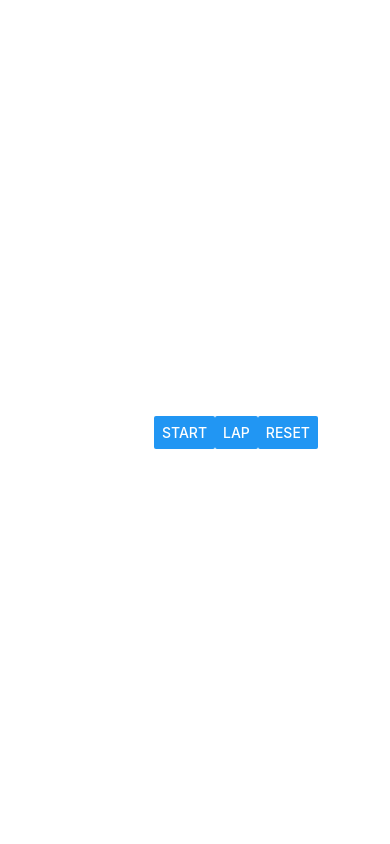
Repository: Shopify/eng-intern-assessment-react-native
Screen: /
An editor plug-in stored every save of this project. The screen is shown before and after a run of saves, followed by the edit.
The app was drawn by React Native's web renderer in a window 390 px wide. The project was rebuilt for these pictures with package versions that can differ from the ones it lists, and the page was loaded fresh each time.

Above is the screen before, as saved 2024-01-13 12:03:57.

### App.tsx
import { StatusBar } from 'expo-status-bar';
import { StyleSheet, Text, View } from 'react-native';
import StopWatch from './src/StopWatch';

export default function App() {
  return (
    <View style={styles.container}>
      <StopWatch></StopWatch>
      <StatusBar style="auto" />
    </View>
  );
}

const styles = StyleSheet.create({
  container: {
    flex: 1,
    backgroundColor: '#fff',
    alignItems: 'center',
    justifyContent: 'center',
  },
});

### src/StopWatch.tsx
import React, { useState, useEffect } from 'react';
import { Text, View, StyleSheet } from 'react-native';
import StopWatchButton from './StopWatchButton';

const StopWatch = () => {
  const [isRunning, setIsRunning] = useState(false);
  const [timeElapsed, setTimeElapsed] = useState(0);
  const [laps, setLaps] = useState<number[]>([]);

  useEffect(() => {
    let interval: ReturnType<typeof setInterval>;
    if (isRunning) {
      interval = setInterval(() => {
        setTimeElapsed(prevTime => prevTime + 1); // Assuming timeElapsed is in seconds
      }, 1000);
    }
    return () => clearInterval(interval);
  }, [isRunning]);

  const handleStartStop = () => {
    setIsRunning(!isRunning);
  };

  const handleLap = () => {
    setLaps([...laps, timeElapsed]);
  };

  const handleReset = () => {
    setIsRunning(false);
    setTimeElapsed(0);
    setLaps([]);
  };

  return (
    <View style={styles.container}>
      {laps.map((lap, index) => (
        <Text key={index} style={styles.lapText}>{`Lap ${index + 1}: ${lap}s`}</Text>
      ))}
      <View style={styles.buttonContainer}>
        <StopWatchButton title={isRunning ? "Stop" : "Start"} onPress={handleStartStop} />
        <StopWatchButton title="Lap" onPress={handleLap} />
        <StopWatchButton title="Reset" onPress={handleReset} />
      </View>
    </View>
  );
};

const styles = StyleSheet.create({
  container: {
    flex: 1,
    alignItems: 'center',
    justifyContent: 'center',
  },
  timerText: {
    fontSize: 24,
    fontWeight: 'bold',
  },
  lapText: {
    fontSize: 16,
  },
  buttonContainer: {
    flexDirection: 'row', // This will arrange buttons side by side
    justifyContent: 'space-around',
    width: '50%', // Adjust as needed
    marginTop: 20,
  },
});

export default StopWatch;

### src/StopWatchButton.tsx
import React from 'react';
import { Button, View } from 'react-native';

type Props = {
  title: string;
  onPress: () => void;
};

const StopWatchButton: React.FC<Props> = ({ title, onPress }) => {
  return (
    <View>
      <Button title={title} onPress={onPress} />
    </View>
  );
};

export default StopWatchButton;

After the next 2 saves:
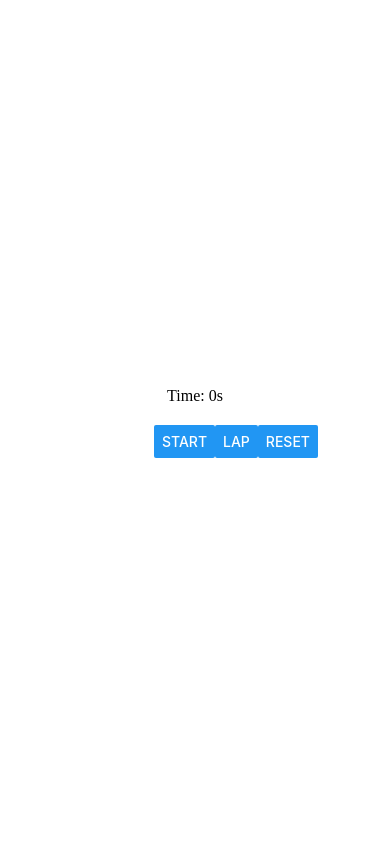
The 2 saves are shown as one change because they came seconds apart.
The last was saved 9 s later.
--- a/src/StopWatch.tsx
+++ b/src/StopWatch.tsx
@@ -33,6 +33,7 @@ const StopWatch = () => {
 
   return (
     <View style={styles.container}>
+      {`Time: ${timeElapsed}s`}
       {laps.map((lap, index) => (
         <Text key={index} style={styles.lapText}>{`Lap ${index + 1}: ${lap}s`}</Text>
       ))}
